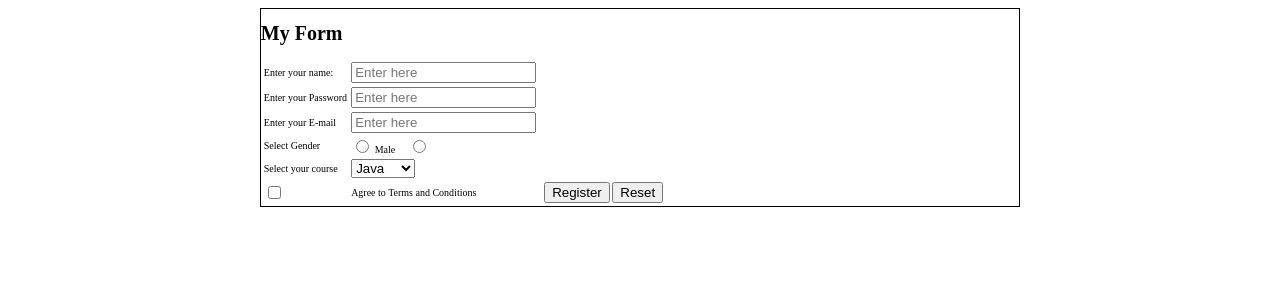
Repository: Amit7Akt/EJB
Page: FormSubmission/src/main/webapp/index.html
An editor plug-in stored every save of this project. The page is shown before and after the next save, followed by the edit.
The browser window is 1280 px wide. The pictures show the whole page.

Above is the page before, as saved 2022-11-22 06:43:51.

After the next save:
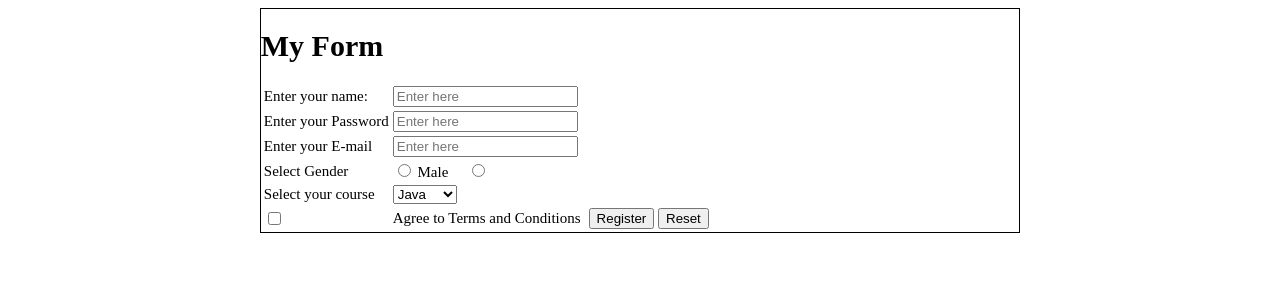
Saved 10 s later.
--- a/FormSubmission/src/main/webapp/index.html
+++ b/FormSubmission/src/main/webapp/index.html
@@ -8,7 +8,7 @@
 				width: 60%;
 				border : 1px solid black;
 				margin: auto;
-				font-size: 10px;
+				font-size: 15px;
 				}
 
 
